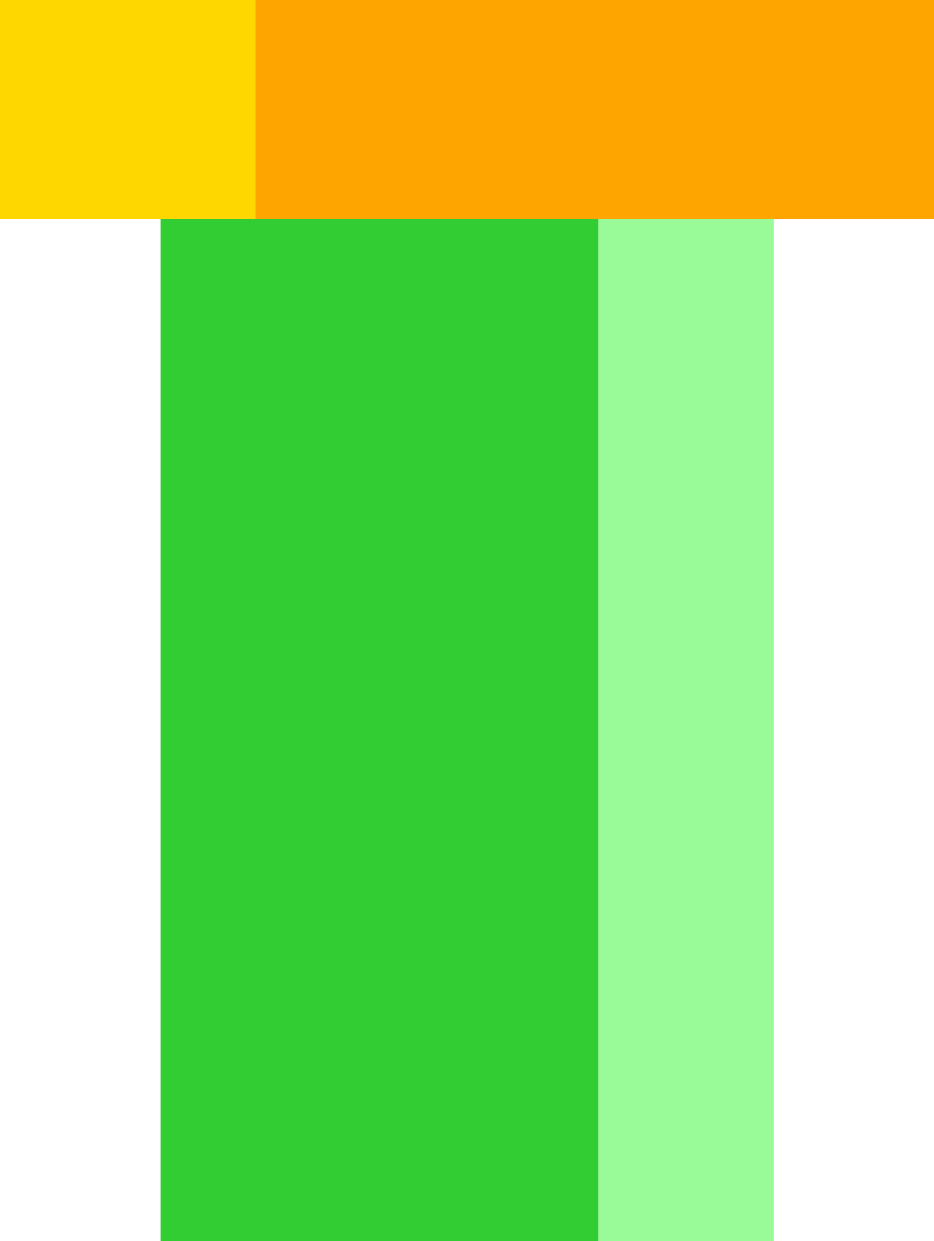
Repository: takanauti/task
Page: caravan/index.html
The author's editor kept a record of every edit. The page is drawn from the files as they stood at one moment, then again after the next edit.
The browser window is 1280 px wide. The pictures show the whole page, at 73% of full size.

Above is the page before.

### caravan/index.html
<!DOCTYPE html>
<html lang="ja">
  <head>
    <meta charset="UTF-8" />
    <!-- CSSファイルの読み込み -->
    <link rel="stylesheet" href="style.css" />
    <title>CARAVAN</title>
  </head>

  <body>

        <!-- main-visual用のdiv -->
    <div class="main-visual">
    <div class="main-visual-content"></div>

    </div>

      <!-- main用のdiv -->
    <div class="main">
       <div class="blog"></div>
      <div class="sidebar"></div>
    </div>

     <!-- footer用のdiv -->
     <div class="footer"></div>

    </body>
</html>

### caravan/style.css
/* ブラウザがそれぞれ持っているCSSをリセットするための記述 */
* {
  margin: 0;
  padding: 0;
  box-sizing: border-box;
}

header {
  width: 90%; /* 横幅90% */
  padding: 15px 0;
  margin: 0 auto;
}

.main-visual {
  width: 100%; /* 横幅いっぱい */
  height: 300px; /* 高さ300px */
  background-color: orange; /* 背景色orange */
}

.main-visual-content {
  width: 350px; /* 横幅350px */
  height: 300px; /* 親の高さに揃える */
  background-color:gold; /* 背景色gold */
}



.main {
  width: 840px; /* 横幅840px */
  display: flex; /* Flexboxの利用 */
  justify-content: center; /* 要素の横並び・中央寄せ */
  margin: 0 auto; /* 中央寄せ（左右に余白がないとできない） */
}


.blog {
  width: 600px; /* 横幅600px */
  height: 1400px; /* 高さ600px */
  background-color: limegreen; /* 背景色limegreen */
}

.sidebar {
  width: 240px; /* 横幅240px */
  height: 1400px; /* 高さ600px */
  background-color: palegreen; /* 背景色palegreen */
}

footer {
  width: 100%; /* 横幅いっぱい */
  height: 120px; /* 高さ120px */
}

After the next edit:
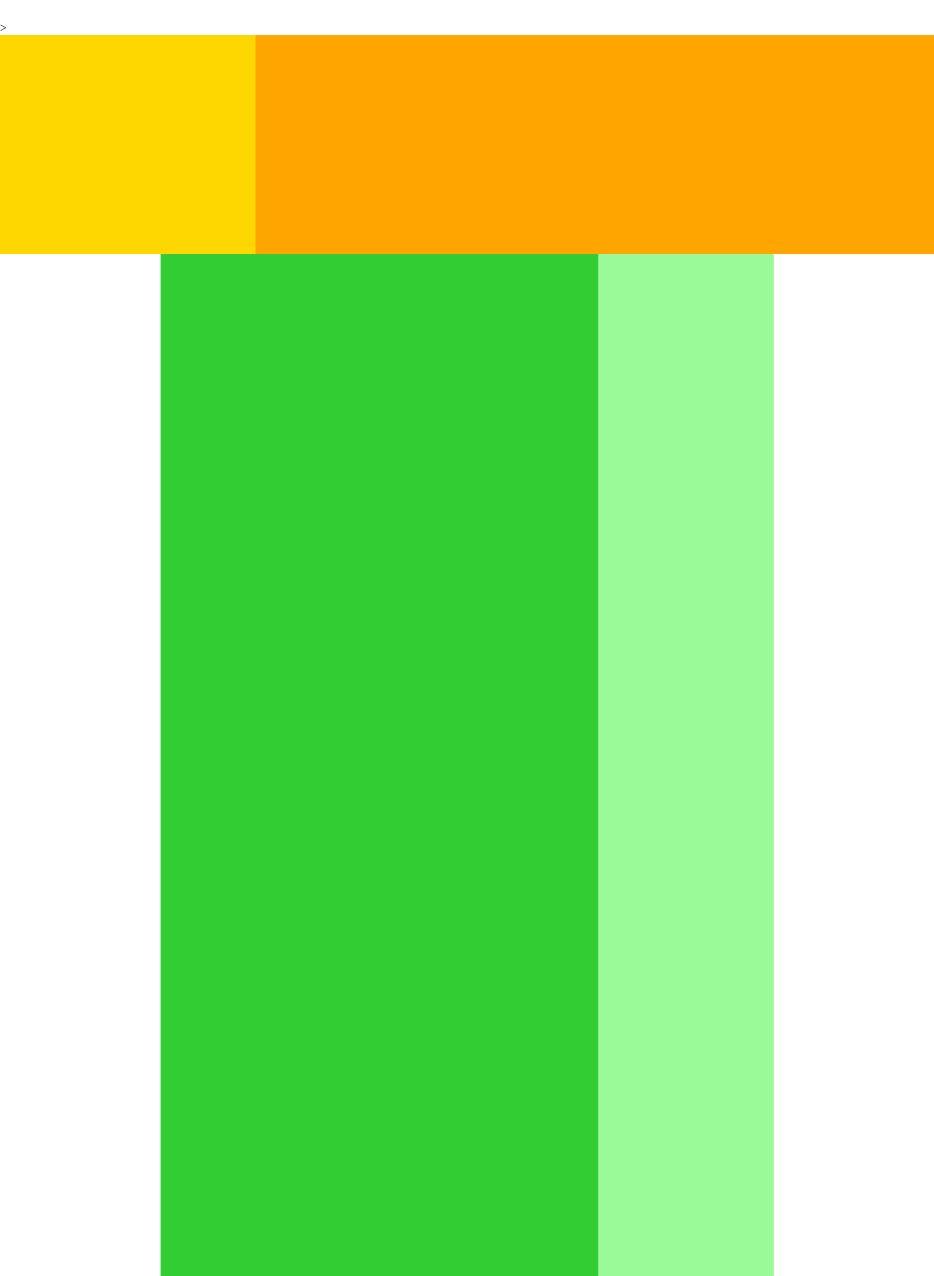
The edit:
--- a/caravan/index.html
+++ b/caravan/index.html
@@ -8,6 +8,12 @@
   </head>
 
   <body>
+    <!--header-->
+    <header>
+
+    </header>>
+
+    </header>
 
         <!-- main-visual用のdiv -->
     <div class="main-visual">
@@ -21,8 +27,6 @@
       <div class="sidebar"></div>
     </div>
 
-     <!-- footer用のdiv -->
-     <div class="footer"></div>
 
     </body>
 </html>
